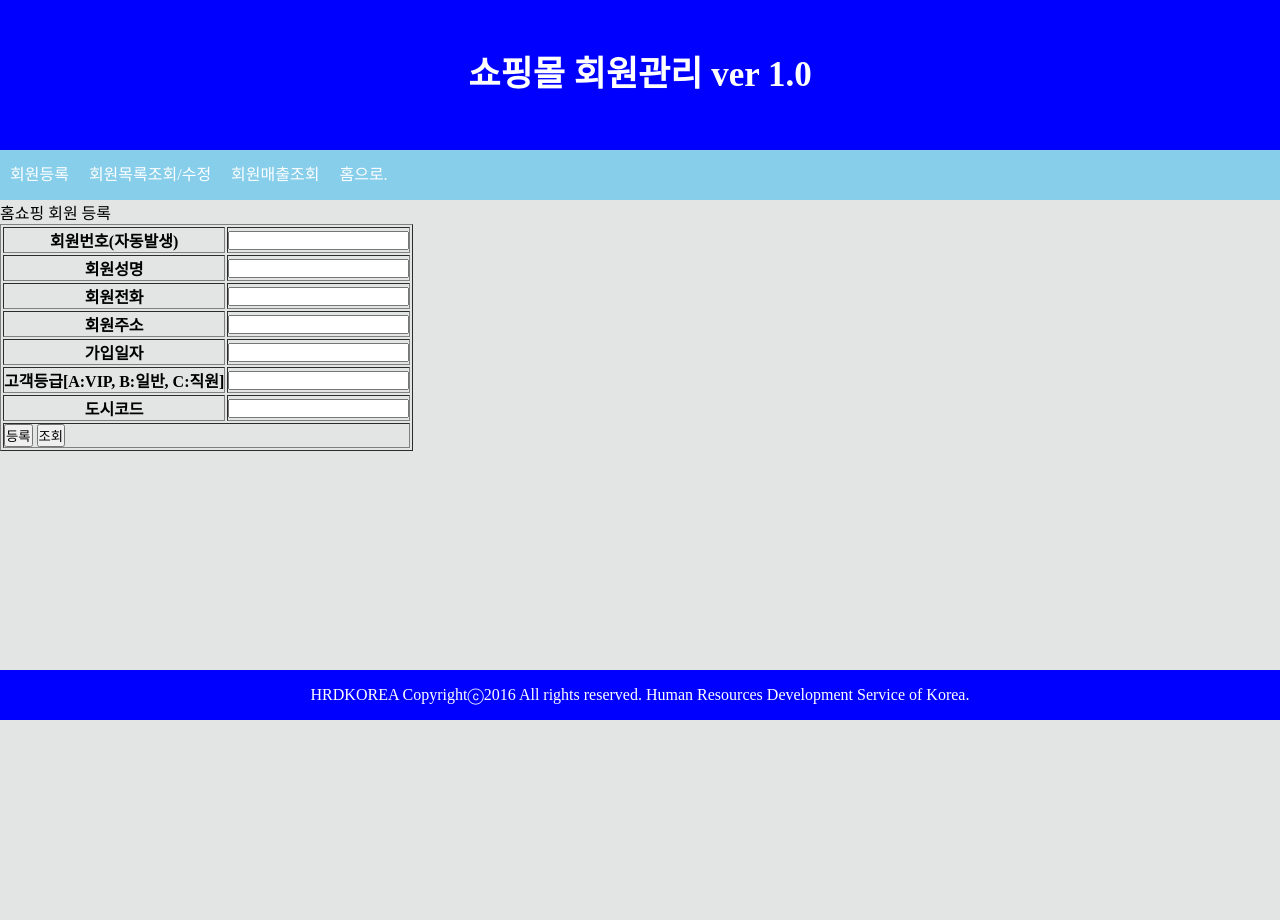
Repository: kayeunae/mvc-pattern
Page: http://localhost/HRD_1234/add.jsp
An editor plug-in stored every save of this project. The page is shown before and after the next save, followed by the edit.
The browser window is 1280 px wide. The pictures show the whole page.
The page is served by Tomcat 9. Other server files are loaded and not shown.

Above is the page before, as saved 2022-12-19 06:21:22.

### HRD_1234/src/main/webapp/add.jsp
<%@ page language="java" contentType="text/html; charset=UTF-8"
	pageEncoding="UTF-8"%>
<!DOCTYPE html>
<html>
<head>
<meta charset="UTF-8">
<title>Insert title here</title>
<link rel="stylesheet" href="style.css">
</head>
<body>
	<%@ include file="topmenu.jsp"%>
	<section>
		<div class="title">홈쇼핑 회원 등록</div>
		<form name="frm" action="insert">
			<input type="hidden" id="GUBUN" value="insert">
			<div class="wrapper">
				<table border="1">
				<tr>
					<th>회원번호(자동발생)</th>
					<td><input type="text" name="custno"></td>
				</tr>
				<tr>
					<th>회원성명</th>
					<td><input type="text"></td>
				</tr>
				<tr>
					<th>회원전화</th>
					<td><input type="text"></td>
				</tr>
				<tr>
					<th>회원주소</th>
					<td><input type="text"></td>
				</tr>
				<tr>
					<th>가입일자</th>
					<td><input type="text"></td>
				</tr>
				<tr>
					<th>고객등급[A:VIP, B:일반, C:직원]</th>
					<td><input type="text"></td>
				</tr>
				<tr>
					<th>도시코드</th>
					<td><input type="text"></td>
				</tr>
				<tr>
					<td colspan="2">
					<button class="btn" type="submit">등록</button>
					<button class="btn" type="button">조회</button>
					</td>
				</tr>
			</table>
			</div>
		</form>
	</section>
	<%@ include file="footer.jsp"%>

</body>
</html>

### HRD_1234/src/main/webapp/topmenu.jsp
<%@ page language="java" contentType="text/html; charset=UTF-8"
    pageEncoding="UTF-8"%>
<!DOCTYPE html>
<html>
<head>
<meta charset="UTF-8">
<title>Insert title here</title>
</head>
<body>
	<header>쇼핑몰 회원관리 ver 1.0</header>
	<nav>
		<ul>
			<li><a href="add">회원등록</a></li>
			<li><a href="add">회원목록조회/수정</a></li>
			<li><a href="add">회원매출조회</a></li>
			<li><a href="add">홈으로.</a></li>
		</ul>
	</nav>
</body>
</html>

### HRD_1234/src/main/webapp/footer.jsp
<%@ page language="java" contentType="text/html; charset=UTF-8"
    pageEncoding="UTF-8"%>
<!DOCTYPE html>
<html>
<head>
<meta charset="UTF-8">
<title>Insert title here</title>
</head>
<body>
	<footer>
		HRDKOREA Copyrightⓒ2016 All rights reserved. Human Resources Development Service of Korea.
	</footer>
</body>
</html>

### HRD_1234/src/main/webapp/style.css
@charset "UTF-8";

/*초기화 코드*/
* {
	margin: 0;
	padding: 0;
}

header{
	top: 0;
	height: 150px;
	line-height: 150px;
	width: 100%;
	background: blue;
	text-align: center;
	font-size: 35px;
	font-weight: 900;
	color: #fff;
}

nav ul{
	height: 50px;
	line-height: 50px;
	width: 100%;
	background: skyblue;
	overflow: hidden;
}

nav ul li {
	/* 수직 정렬 */
	float: left;
	list-style: none;
	/*양 옆에 10px 여백*/
	padding: 0 10px;
}

a{
	text-decoration: none;
	color: #fff;
}

/*
a:hover{
	cursor: pointer;
}
*/

section{
	position: absolute;
	overflow: auto;
	width: 100%;
	height:100%;
	background: #e3e5e5;
}

footer{
	position: fixed;
	bottom: 0;
	width: 100%;
	height: 50px;
	line-height: 50px;
	text-align: center;
	background: blue;
	color: white;			``
}

After the next save:
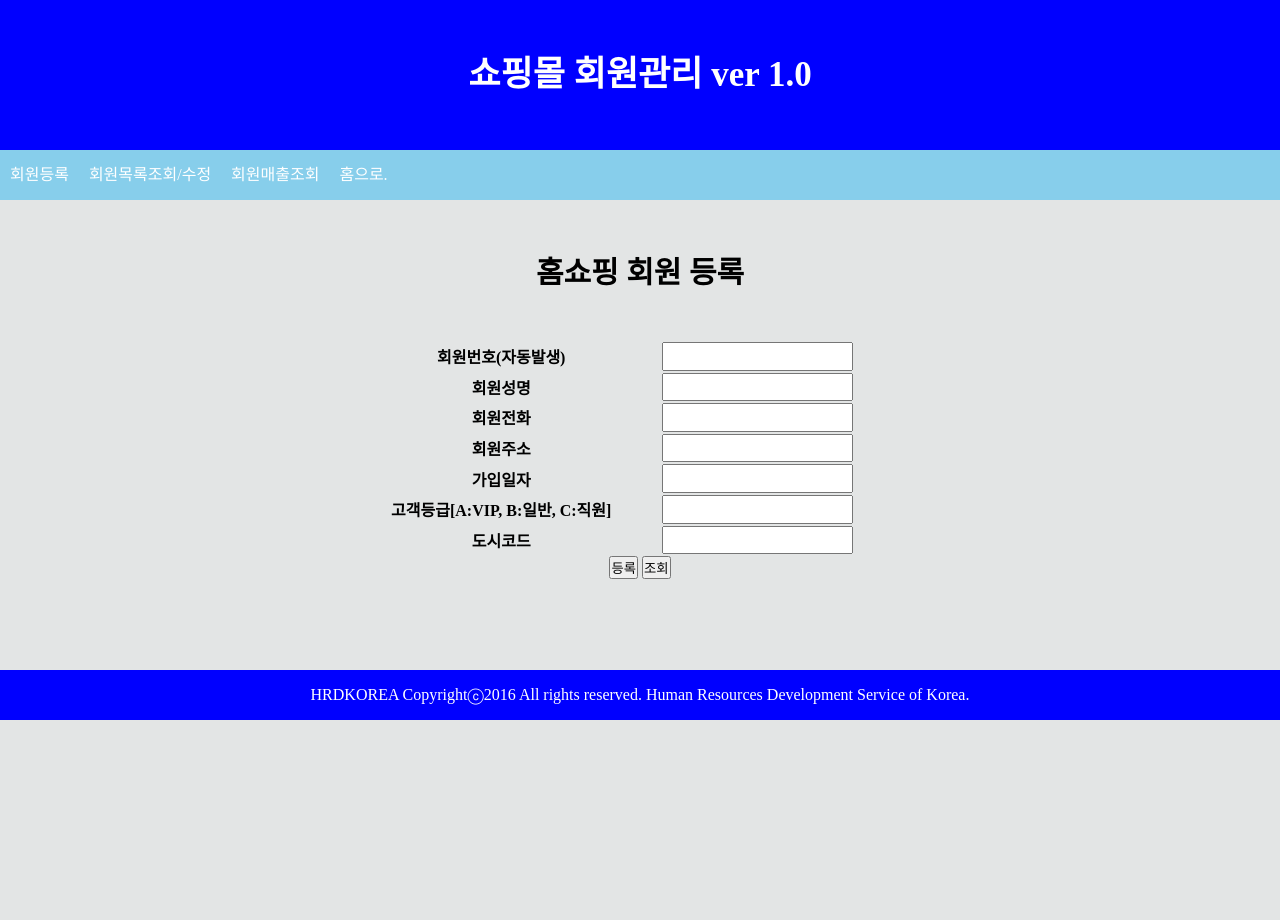
Saved 1 s later.
--- a/HRD_1234/src/main/webapp/style.css
+++ b/HRD_1234/src/main/webapp/style.css
@@ -53,6 +53,36 @@ section{
 	background: #e3e5e5;
 }
 
+/* add.jsp */
+.title {
+	font-size: 30px;
+	font-weight: 900;
+	text-align: center;
+	margin: 3rem;
+}
+
+.wrapper {
+	display: flex;
+	/*아래 두 개는 전체 콘텐츠를 가운데 정렬하는 역할을 함*/
+	justify-content: center;
+	align-items: center;
+	/* 여기까지 */
+	text-align: center;
+}
+
+table{
+	width: 600px;
+}
+
+table, tr, th, td {
+	border: 1px;
+}
+
+td input {
+	float: left;
+	padding: 0.3rem;
+}
+
 footer{
 	position: fixed;
 	bottom: 0;
@@ -61,5 +91,5 @@ footer{
 	line-height: 50px;
 	text-align: center;
 	background: blue;
-	color: white;			``
+	color: white;
 }
